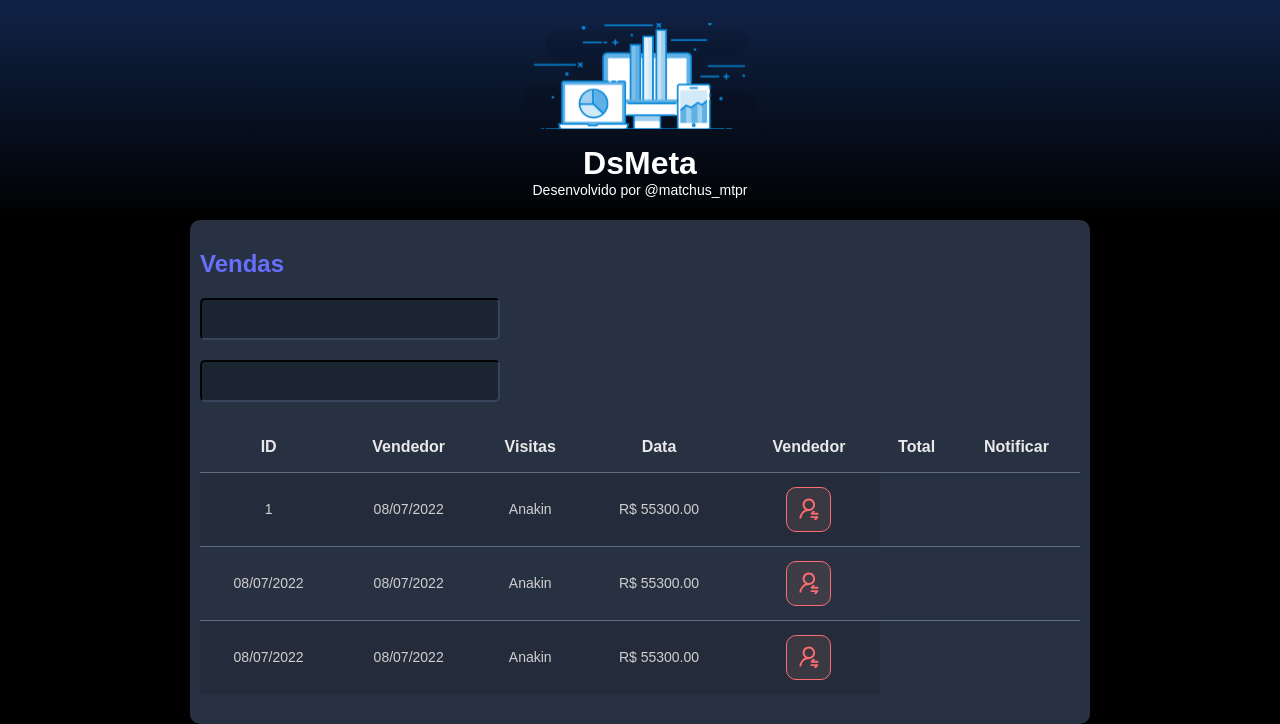
Repository: MatheusAlvesPereiraRosa/ds-meta
Page: index.html
The author's editor kept a copy of each file at every save. The page is drawn from the files as they stood at one save, then again after the next save.
The browser window is 1280 px wide. The pictures show the whole page.

Above is the page before, as saved 2022-09-05 17:17:02.

After the next save:
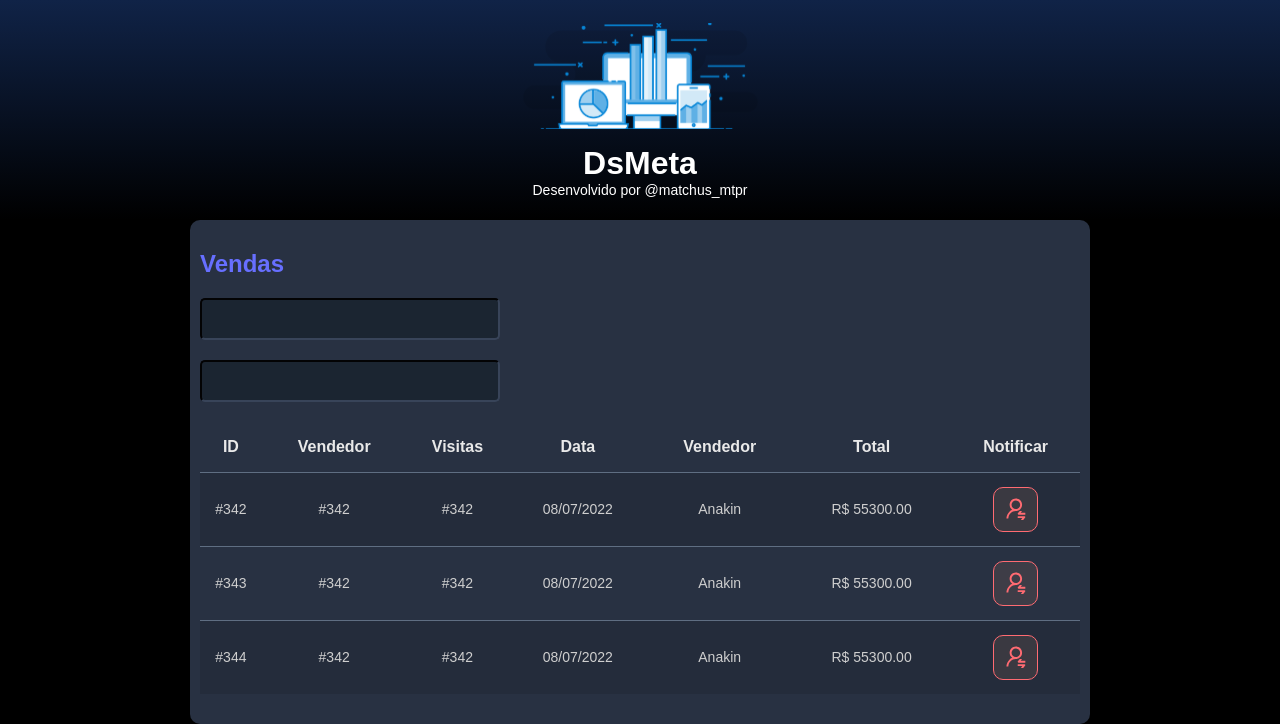
Saved 98 s later.
--- a/index.html
+++ b/index.html
@@ -50,7 +50,9 @@
                 </thead>
                 <tbody>
                   <tr>
-                    <td class="show992">1</td>
+                    <td class="show992">#342</td>
+                    <td class="show992">#342</td>
+                    <td class="show992">#342</td>
                     <td class="show576">08/07/2022</td>
                     <td>Anakin</td>
                     <td>R$ 55300.00</td>
@@ -65,7 +67,9 @@
                   </tr>
 
                   <tr>
-                    <td class="show992">08/07/2022</td>
+                    <td class="show992">#343</td>
+                    <td class="show992">#342</td>
+                    <td class="show992">#342</td>
                     <td class="show576">08/07/2022</td>
                     <td>Anakin</td>
                     <td>R$ 55300.00</td>
@@ -79,7 +83,9 @@
                     </td>
                   </tr>
                   <tr>
-                    <td class="show992">08/07/2022</td>
+                    <td class="show992">#344</td>
+                    <td class="show992">#342</td>
+                    <td class="show992">#342</td>
                     <td class="show576">08/07/2022</td>
                     <td>Anakin</td>
                     <td>R$ 55300.00</td>
